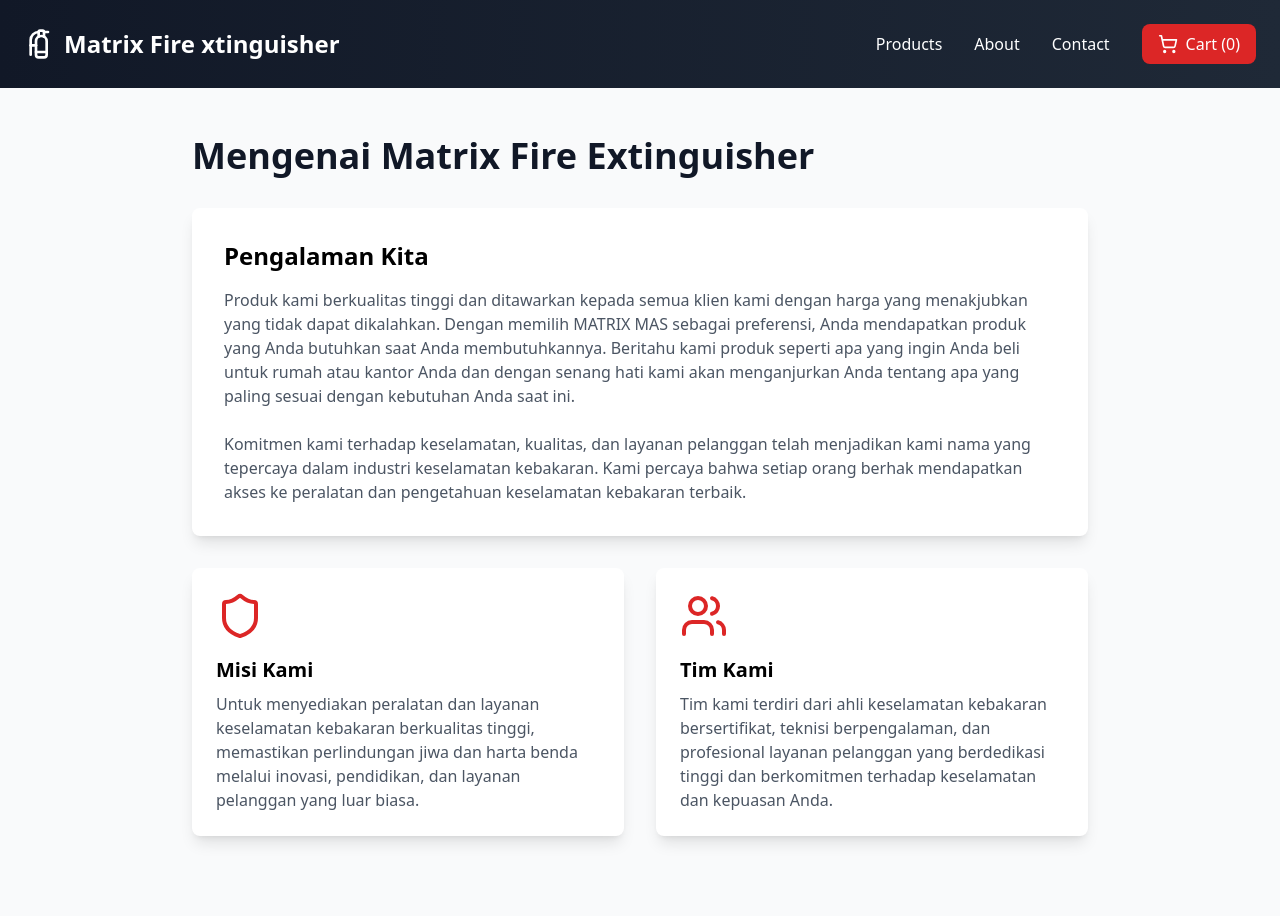
Repository: matrixmas/matrixmas.github.io
Page: /about
An editor plug-in stored every save of this project. The page is shown before and after the next save, followed by the edit.
The browser window is 1280 px wide. The pictures show the whole page.
The project was rebuilt for these pictures with package versions that can differ from the ones it lists, and the page was loaded fresh each time. Also part of the build but not shown: vite.config.ts, src/pages/Home.tsx, src/pages/Products.tsx, src/pages/ProductDetail.tsx, src/pages/Contact.tsx.

Above is the page before, as saved 2025-02-04 14:18:59.

After the next save:
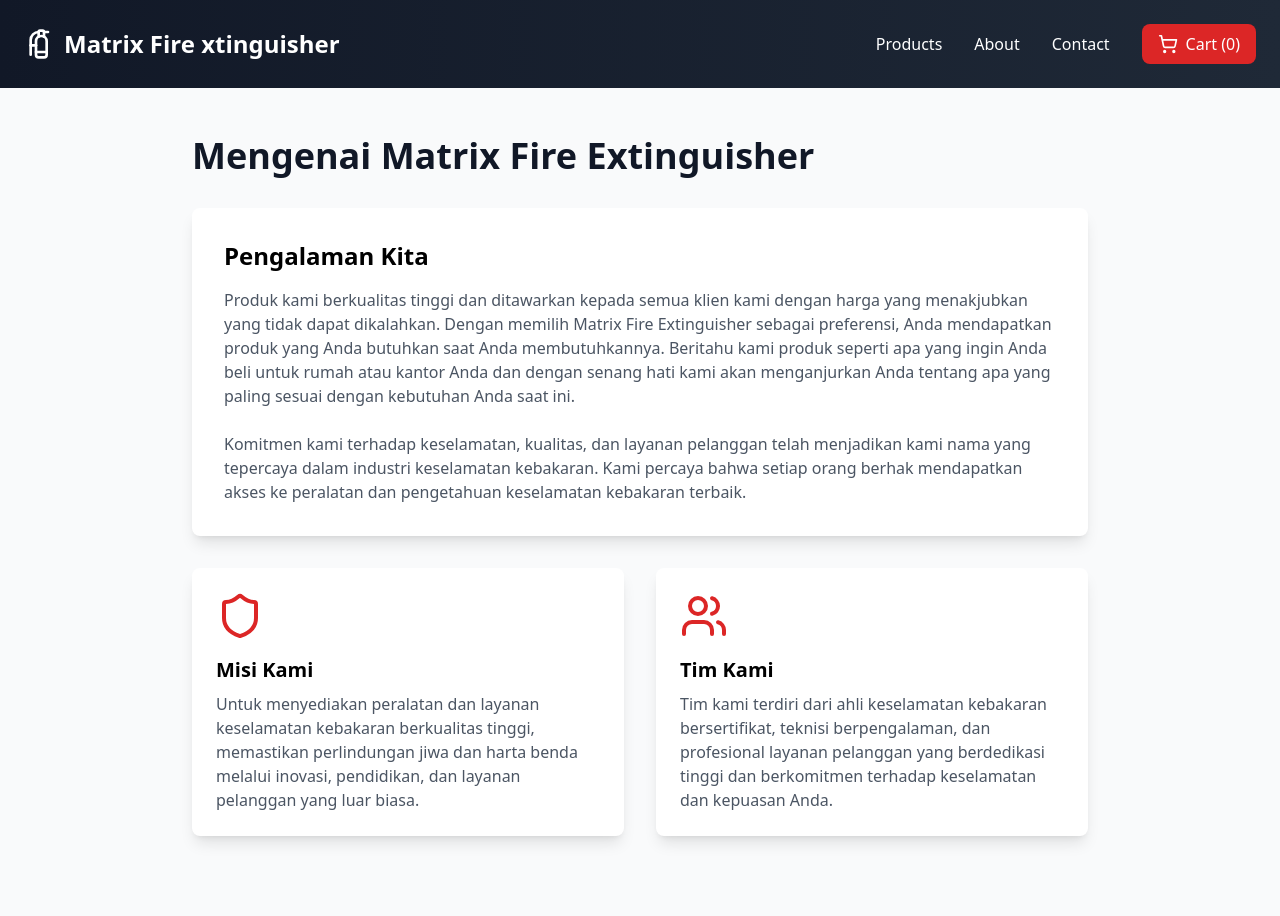
Saved 26 s later.
--- a/src/pages/About.tsx
+++ b/src/pages/About.tsx
@@ -14,7 +14,7 @@ export default function About() {
             <div className="bg-white rounded-lg shadow-lg p-8 mb-8">
               <h2 className="text-2xl font-bold mb-4">Pengalaman Kita</h2>
               <p className="text-gray-600 mb-6">
-              Produk kami berkualitas tinggi dan ditawarkan kepada semua klien kami dengan harga yang menakjubkan yang tidak dapat dikalahkan. Dengan memilih MATRIX MAS sebagai preferensi, Anda mendapatkan produk yang Anda butuhkan saat Anda membutuhkannya. Beritahu kami produk seperti apa yang ingin Anda beli untuk rumah atau kantor Anda dan dengan senang hati kami akan menganjurkan Anda tentang apa yang paling sesuai dengan kebutuhan Anda saat ini.
+              Produk kami berkualitas tinggi dan ditawarkan kepada semua klien kami dengan harga yang menakjubkan yang tidak dapat dikalahkan. Dengan memilih Matrix Fire Extinguisher sebagai preferensi, Anda mendapatkan produk yang Anda butuhkan saat Anda membutuhkannya. Beritahu kami produk seperti apa yang ingin Anda beli untuk rumah atau kantor Anda dan dengan senang hati kami akan menganjurkan Anda tentang apa yang paling sesuai dengan kebutuhan Anda saat ini.
               </p>
               <p className="text-gray-600">
               Komitmen kami terhadap keselamatan, kualitas, dan layanan pelanggan telah menjadikan kami nama yang tepercaya dalam industri keselamatan kebakaran.
